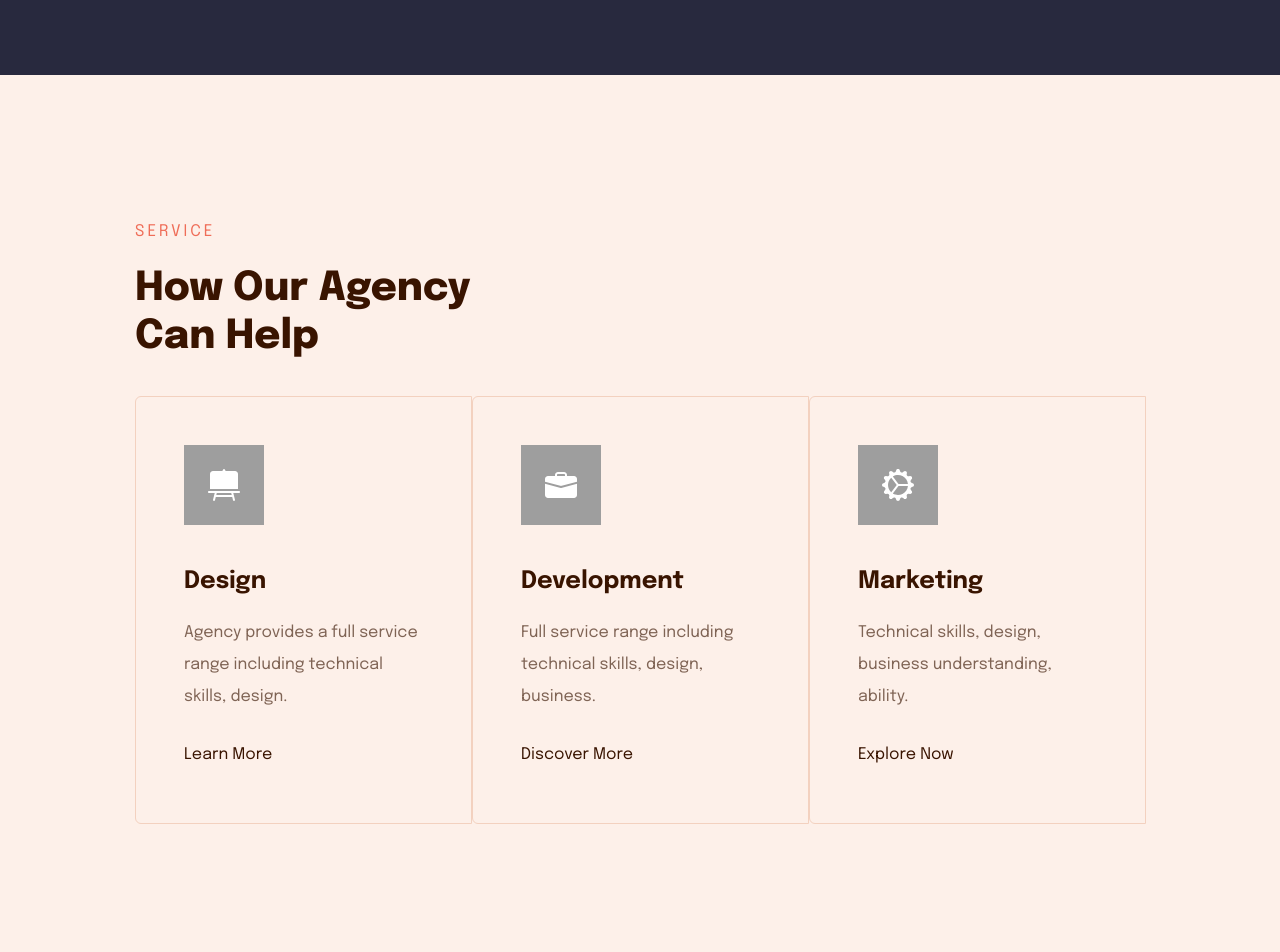
Repository: NatiqSamiyev/image-task
Page: index.html
The author's editor kept a copy of each file at every save. The page is drawn from the files as they stood at one save, then again after a run of saves.
The browser window is 1280 px wide. The pictures show the part of the page from y = 1362 to 2314 px (the page is 2314 px tall).
Pictures or frames that could not be fetched are drawn as grey boxes.

Above is the page before, as saved 2023-08-23 15:09:53.

### index.html
<!DOCTYPE html>
<html lang="en">
  <head>
    <meta charset="UTF-8" />
    <meta name="viewport" content="width=device-width, initial-scale=1.0" />
    <title>Document</title>
    <link rel="stylesheet" href="index.css" />
  </head>
  <body>
    <div class="container">
      <div id="page-1">
        <h1>Portfolio</h1>
        <h2>Latest Work</h2>

        <nav>
          <ul>
            <li>
              <a href="#">Show All</a>
              <p>14</p>
            </li>
            <li>
              <a href="#">Design</a>
              <p>6</p>
            </li>
            <li>
              <a href="#">Branding</a>
              <p>4</p>
            </li>
            <li>
              <a href="#">Illustration</a>
              <p>3</p>
            </li>
            <li>
              <a href="#">Motion</a>
              <p>1</p>
            </li>
          </ul>
        </nav>

        <div class="image-box">
          <div class="box-1">
            <div class="left">
              <img
                src="https://images.unsplash.com/photo-1605365070248-299a182a2ca6?ixlib=rb-4.0.3&ixid=M3wxMjA3fDB8MHxzZWFyY2h8MTF8fGNvdWNofGVufDB8fDB8fHww&w=1000&q=80"
                alt=""
              />
              <button>Design</button>
              <p>SOFA</p>
            </div>
            <div class="right">
              <img
                src="https://encrypted-tbn0.gstatic.com/images?q=tbn:ANd9GcRcj9OasnMoc-lGpTAOWO39NXB7dLMMJMDkmA&usqp=CAU"
                alt=""
              />
              <button>Branding</button>
              <p>KeyBoard</p>
            </div>
          </div>
          <div class="box-2">
            <div class="left">
              <img
                src="https://www.socialpilot.co/wp-content/uploads/2021/02/pasted-image-0.png"
                alt=""
              />
              <button>Illustration</button>
              <p>Work Media</p>
            </div>

            <div class="right">
              <img
                src="https://www.dogstrolldaycare.co.uk/themes/black/images/daycare-puppies.jpg"
                alt=""
              />
              <button>Motion</button>
              <p>DDDone</p>
            </div>
          </div>
        </div>

        <div class="bottom-container">
          <button>Explore More</button>
        </div>
      </div>

      <div id="page-2">
        <h1>Service</h1>

        <h2>
          How Our Agency <br />
          Can Help
        </h2>

        <ul>
          <li>
            <div class="image-box">
              <img src="./image/Oval.svg" alt="" />
              <img class="image" src="./image/Combined Shape.svg" alt="" />
            </div>

            <h3>Design</h3>
            <p>
              Agency provides a full service range including technical skills,
              design.
            </p>
            <h4>Learn More</h4>
          </li>

          <li>
            <div class="image-box">
              <img src="./image/Oval.svg" alt="" />
              <img class="image" src="./image/Combined Shape (1).svg" alt="" />
            </div>

            <h3>Development</h3>
            <p>
              Full service range including technical skills, design, business.
            </p>
            <h4>Discover More</h4>
          </li>

          <li>
            <div class="image-box">
              <img src="./image/Oval.svg" alt="" />
              <img class="image" src="./image/Shape.svg" alt="" />
            </div>

            <h3>Marketing</h3>
            <p>Technical skills, design, business understanding, ability.</p>
            <h4>Explore Now</h4>
          </li>
        </ul>
      </div>
    </div>

  </body>
</html>

### index.css
@import url("https://fonts.googleapis.com/css2?family=Epilogue:wght@400;700;800&family=Roboto+Slab:wght@700&family=Roboto:wght@400;700&display=swap");
* {
  margin: 0;
  padding: 0;
  box-sizing: border-box;
}

#page-1 {
  width: 100%;
  padding: 92px 135px 117px 135px;
  background-color: #28293e;
  min-height: 100vh;
}

#page-1 h1 {
  color: var(--text-light-accent, #ef6d58);
  text-align: center;
  font-feature-settings: "clig" off, "liga" off;
  font-family: Epilogue;
  font-size: 16px;
  font-style: normal;
  font-weight: 400;
  line-height: 32px;
  letter-spacing: 3px;
  text-transform: uppercase;
}

#page-1 h2 {
  margin-top: 20px;
  color: var(--text-light, #fff);
  text-align: center;
  font-feature-settings: "clig" off, "liga" off;
  font-family: Epilogue;
  font-size: 56px;
  font-style: normal;
  font-weight: 800;
  line-height: 64px;
  letter-spacing: -1px;
}

#page-1 ul {
  display: flex;
}

#page-1 ul li {
  display: flex;
  list-style-type: none;
  margin-right: 50px;
}

nav {
  margin-top: 36px;
  margin-bottom: 68px;
  display: flex;
  justify-content: center;
}

#page-1 ul li a {
  color: var(--text-light, #fff);
  font-feature-settings: "clig" off, "liga" off;
  font-family: Epilogue;
  font-size: 16px;
  font-style: normal;
  font-weight: 400;
  line-height: 32px;
  text-decoration: none;
}

#page-1 ul li p {
  color: var(--text-light-gray, rgba(255, 255, 255, 0.64));
  text-align: center;
  font-feature-settings: "clig" off, "liga" off;
  font-family: Epilogue;
  font-size: 14px;
  font-style: normal;
  font-weight: 400;
}

#page-1 .box-1 {
  display: flex;
  justify-content: space-between;
}
#page-1 .image-box .left {
  width: 45%;
  height: 416px;
  position: relative;
}

#page-1 .image-box .left img {
  width: 100%;
  height: 416px;
}
#page-1 .image-box .right {
  width: 54%;
  height: 416px;
  margin-left: 30px;
  position: relative;
  background-color: red;
}
#page-1 .image-box .right img {
  width: 100%;
  height: 416px;
}

#page-1 .image-box img {
  width: 100%;
  height: 100%;
}
#page-1 .image-box button {
  color: var(--text-dark, #391400);
  font-feature-settings: "clig" off, "liga" off;
  font-family: Epilogue;
  font-size: 16px;
  font-style: normal;
  font-weight: 400;
  line-height: 32px;
  border-radius: 19px;
  background: #fff;
  border: none;
  position: absolute;
  bottom: 122px;
  left: 48px;
}

#page-1 .image-box .box-1 .left button {
  width: 84px;
  height: 38px;
  display: flex;
  justify-content: center;
  align-items: center;
}

#page-1 .image-box .box-1 .right button {
  width: 102px;
  height: 38px;
  display: flex;
  justify-content: center;
  align-items: center;
}

#page-1 .image-box .box-2 .left button {
  width: 116px;
  height: 38px;
  display: flex;
  justify-content: center;
  align-items: center;
}

#page-1 .image-box .box-2 .right button {
  width: 86px;
  height: 38px;
  display: flex;
  justify-content: center;
  align-items: center;
}
#page-1 .image-box p {
  color: var(--text-light, #fff);
  font-feature-settings: "clig" off, "liga" off;
  font-family: Epilogue;
  font-size: 40px;
  font-style: normal;
  font-weight: 800;
  line-height: 48px;
  position: absolute;
  left: 48px;
  bottom: 51px;
}

.box-2 {
  margin-top: 32px;
  width: 100%;
  height: 100%;

  display: flex;
  justify-content: space-between;
  position: relative;
}

.box-2 .left {
  width: 54%;
  height: 416px;
}
.box-2 .right {
  width: 45%;
  height: 416px;
}
.box-2 img {
  width: 100%;
  height: 100%;
}

.bottom-container {
  margin-top: 64px;
  display: flex;
  justify-content: center;
}

.bottom-container button {
  width: 170px;
  height: 48px;
  border-radius: 6px;
  border: 1px solid rgba(255, 255, 255, 0.3);
  background: #28293e;
  color: #fff;
  text-align: center;
  font-family: Epilogue;
  font-size: 14px;
  font-style: normal;
  font-weight: 900;
  line-height: normal;
  text-transform: uppercase;
}
/* page-2 design */
#page-2 {
  width: 100%;
  padding: 141px 134px 128px 135px;
  background: #fdf0e9;
}

#page-2 h1 {
  color: var(--text-dark-accent, #ef6d58);
  font-feature-settings: "clig" off, "liga" off;
  font-family: Epilogue;
  font-size: 16px;
  font-style: normal;
  font-weight: 400;
  line-height: 32px;
  letter-spacing: 3px;
  text-transform: uppercase;
}

#page-2 h2 {
  margin-top: 17px;
  color: var(--text-dark, #391400);
  font-feature-settings: "clig" off, "liga" off;
  font-family: Epilogue;
  font-size: 40px;
  font-style: normal;
  font-weight: 800;
  line-height: 48px;
}

#page-2 ul {
  display: flex;
  margin-top: 35px;
}

#page-2 ul li {
  width: 391px;
  padding: 48px 48px 52px 48px;
  list-style-type: none;
  border-radius: 6px 0px 0px 6px;
  border: 1px solid #f3d1bf;
  position: relative;
}
#page-2 ul li .image-box {
  position: relative;
  width: 80px;
  height: 80px;
}
#page-2 ul li img {
  width: 80px;
  height: 80px;
}

#page-2 ul li .image {
  width: 32px;
  height: 32px;
  fill: #fff;
  position: absolute;
  left: 50%;
  top: 50%;
  transform: translate(-50%, -50%);
}

#page-2 ul li h3 {
  margin-top: 41px;
  color: var(--text-dark, #391400);
  font-feature-settings: "clig" off, "liga" off;
  font-family: Epilogue;
  font-size: 24px;
  font-style: normal;
  font-weight: 700;
  line-height: 32px;
}

#page-2 ul li p {
  margin-top: 19px;
  color: var(--text-dark-gray, rgba(57, 20, 0, 0.64));
  font-feature-settings: "clig" off, "liga" off;
  font-family: Epilogue;
  font-size: 16px;
  font-style: normal;
  font-weight: 400;
  line-height: 32px;
}

#page-2 ul li h4 {
  margin-top: 26px;
  color: var(--text-dark, #391400);
  font-feature-settings: "clig" off, "liga" off;
  font-family: Epilogue;
  font-size: 16px;
  font-style: normal;
  font-weight: 400;
  line-height: 32px;
}

After the next 4 saves:
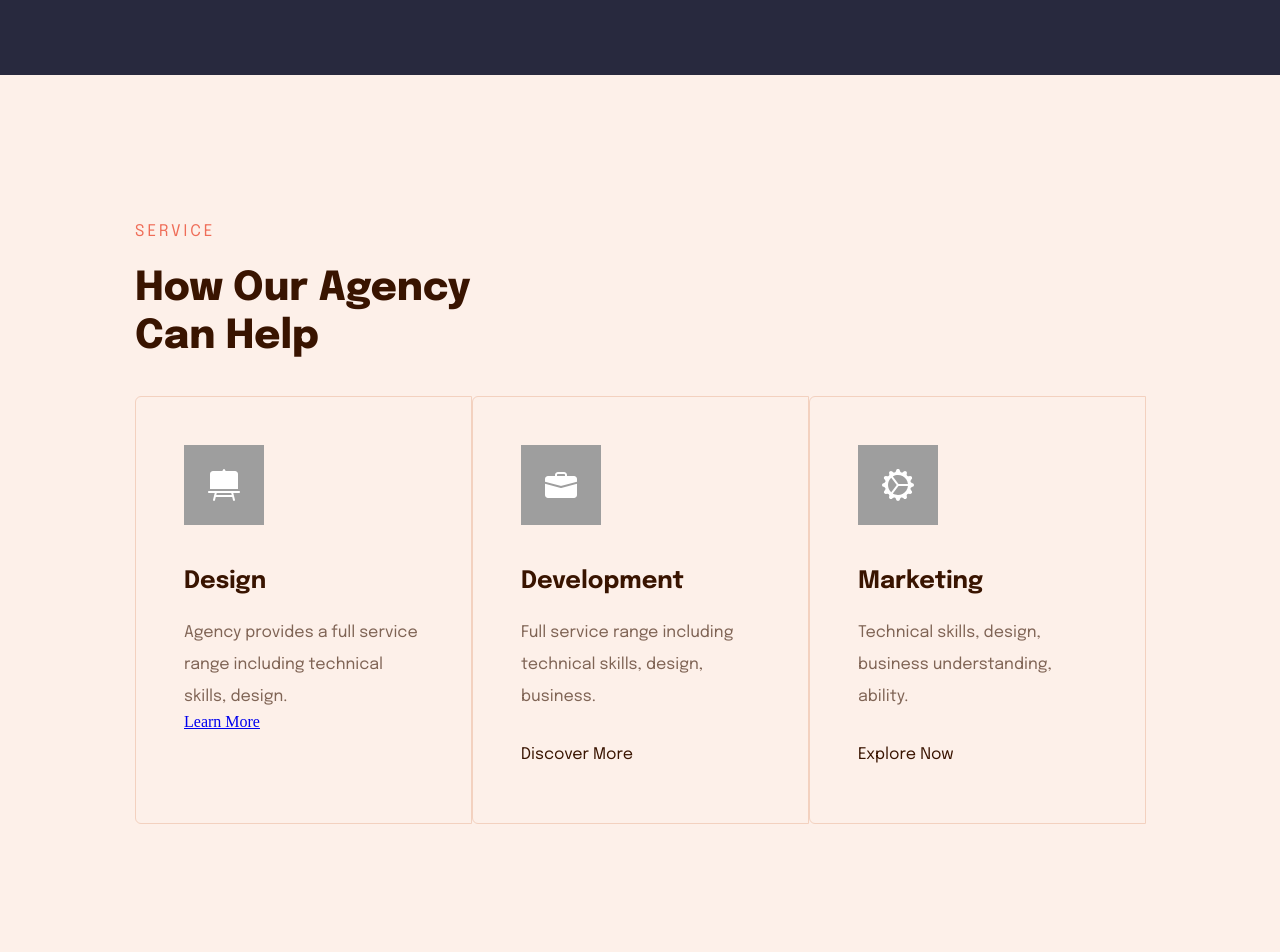
The 4 saves are shown as one change because they came seconds apart.
The last was saved 59 s later.
--- a/index.html
+++ b/index.html
@@ -102,7 +102,7 @@
               Agency provides a full service range including technical skills,
               design.
             </p>
-            <h4>Learn More</h4>
+            <a href="#">Learn More</a>
           </li>
 
           <li>
